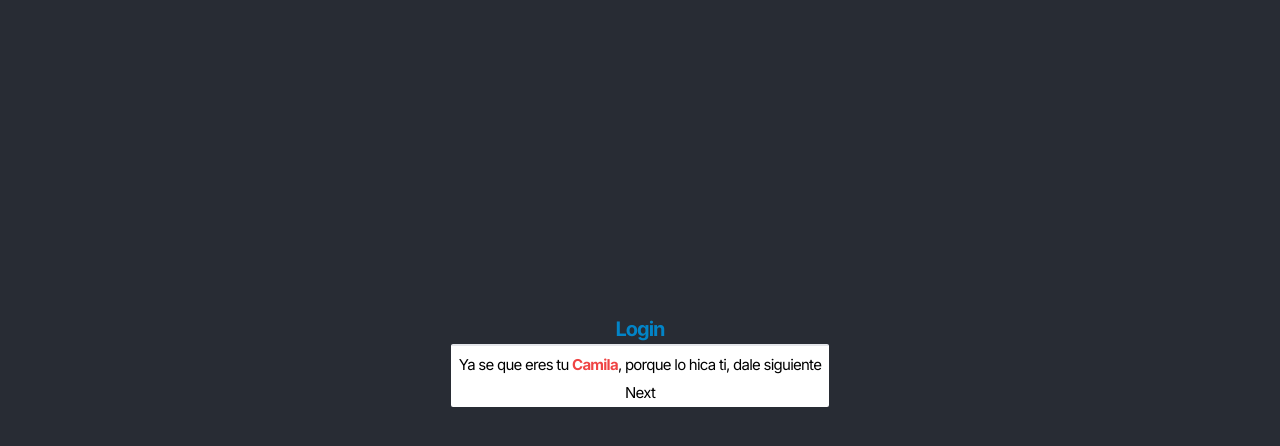
Repository: devsecops-node/simple-play
Page: /, after clicking the first element matching `#name`
The author's editor kept a copy of each file at every save. The page is drawn from the files as they stood at one save, then again after the next save.
The browser window is 1280 px wide. The pictures show the whole page.
The project was rebuilt for these pictures with package versions that can differ from the ones it lists, and the page was loaded fresh each time. The framework's server and built-in components were replaced by stand-ins that run in the browser. Also part of the build but not shown: next.config.mjs.

Above is the page before, as saved 2024-06-21 16:44:12.

After the next save:
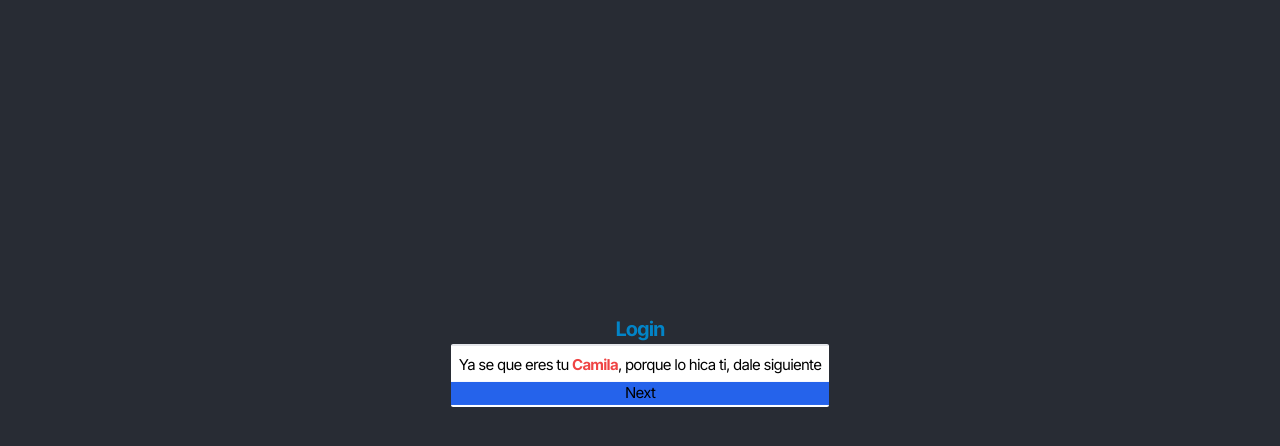
Saved 17 s later.
--- a/src/app/_components/RecomendationsSearch.tsx
+++ b/src/app/_components/RecomendationsSearch.tsx
@@ -26,7 +26,7 @@ const RecomendationsSearch = ({ retrieveData }: { retrieveData: (data: Recomenda
           ))
         } */}
       <p className='px-2 py-2'>Ya se que eres tu <span className='font-bold text-red-500'>Camila</span>, porque lo hica ti, dale siguiente</p>
-      <button className='text-center transition-all duration-150 animate-bounce'>Next</button>
+      <button className='text-center transition-all duration-150 animate-bounce bg-blue-600'>Next</button>
     </div>
   )
 }
